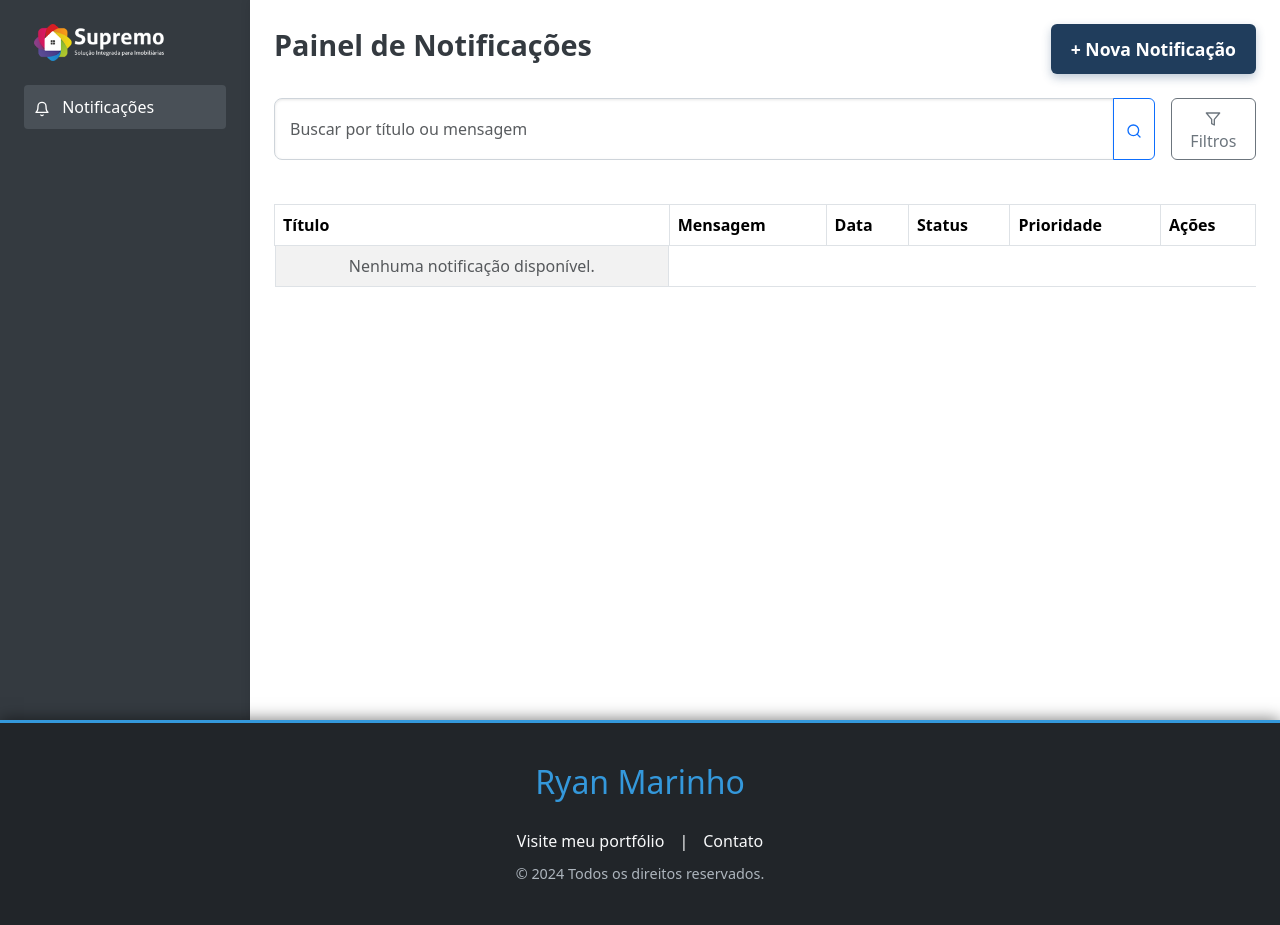
Repository: ryanmarinhodev/Supremo-teste-tecnico
Page: /notifications
These files come from the project's save history. The page is drawn as it stood at one moment and after the next save; the edit follows.
The browser window is 1280 px wide. The pictures show the whole page.
The project was rebuilt for these pictures with package versions that can differ from the ones it lists, and the page was loaded fresh each time. Also part of the build but not shown: src/App.css, src/Components/Login/index.jsx.

Above is the page before, as saved 2024-11-07 19:55:31.

After the next save:
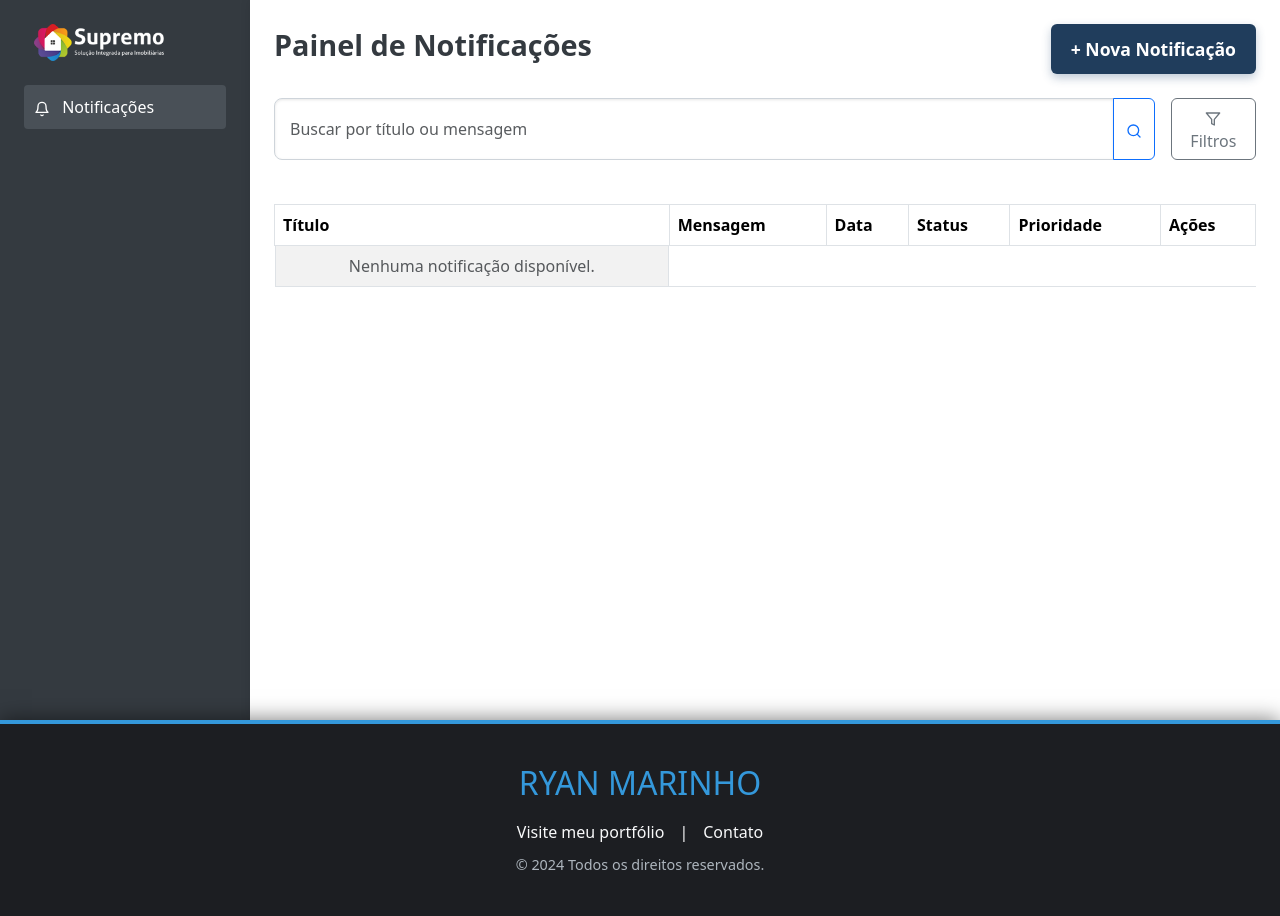
Saved 66 s later.
--- a/src/Components/Notifications/notification.css
+++ b/src/Components/Notifications/notification.css
@@ -204,15 +204,15 @@ button:hover {
   }
 
   .footer {
-    background-color: #212529; /* Cor de fundo escura e elegante */
+    background-color: #1c1e22; /* Cor de fundo escura e elegante */
     color: #f8f9fa; /* Texto em cor clara para bom contraste */
     text-align: center; /* Centraliza o texto */
     padding: 40px 20px; /* Espaçamento em cima e embaixo */
     position: relative; /* Para posicionamento */
     bottom: 0; /* Fica fixo na parte inferior da página */
     width: 100%; /* Largura total */
-    box-shadow: 0 -1px 15px rgba(0, 0, 0, 0.5); /* Sombra sutil mais pronunciada */
-    border-top: 3px solid #3498db; /* Linha superior para um toque moderno */
+    box-shadow: 0 -1px 20px rgba(0, 0, 0, 0.5); /* Sombra mais pronunciada */
+    border-top: 4px solid #3498db; /* Linha superior mais grossa para um toque moderno */
 }
 
 .footer-content {
@@ -224,10 +224,11 @@ button:hover {
 }
 
 .footer-logo {
-    font-size: 1.8em; /* Tamanho da fonte do logo aumentado */
+    font-size: 2em; /* Tamanho da fonte do logo aumentado */
     font-weight: bold; /* Negrito para destaque */
-    margin-bottom: 20px; /* Espaçamento abaixo do logo */
+    margin-bottom: 10px; /* Espaçamento abaixo do logo */
     color: #3498db; /* Cor do logo */
+    text-transform: uppercase; /* Para dar um toque mais moderno */
 }
 
 .footer-nav {
@@ -242,8 +243,22 @@ button:hover {
 }
 
 .footer-nav a:hover {
-    color: #3498db; /* Cor ao passar o mouse */
+    color: #1abc9c; /* Cor ao passar o mouse */
     transform: scale(1.1); /* Efeito de aumento ao passar o mouse */
+}
+
+.footer-social {
+    margin: 10px 0; /* Espaçamento para ícones sociais */
+}
+
+.footer-social a {
+    color: #f8f9fa; /* Cor dos ícones */
+    margin: 0 10px; /* Espaçamento entre os ícones */
+    transition: color 0.3s; /* Efeito de transição suave */
+}
+
+.footer-social a:hover {
+    color: #3498db; /* Cor ao passar o mouse nos ícones sociais */
 }
 
 .footer-copy {
